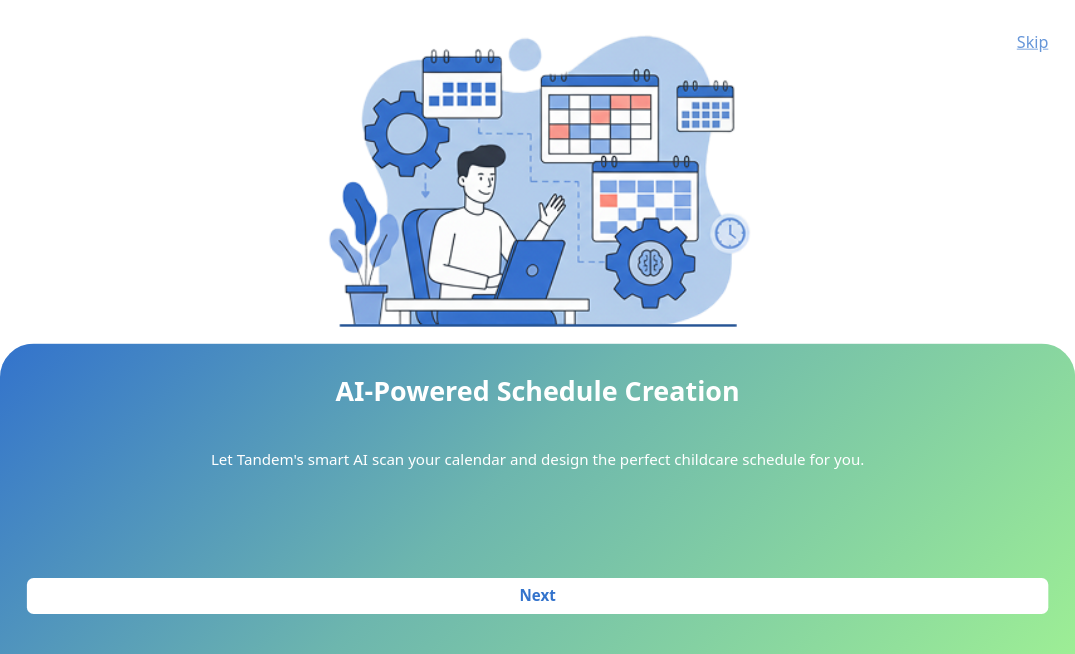
Repository: IDSP-TRADECARE/Tandem
Page: /boarding/features
These files come from the project's save history. The page is drawn as it stood at one moment and after the next save; the edit follows.
The browser window is 1280 px wide. The pictures show the whole page, at 84% of full size.
The page's requests for data from a server got no answer. Some web fonts or font styles are not loaded; a fallback is used. The project was rebuilt for these pictures with package versions that can differ from the ones it lists, and the page was loaded fresh each time. Some packages were replaced by stand-ins written for this rebuild. The framework's server and built-in components were replaced by stand-ins that run in the browser. No one was signed in, and anything a server would have sent is missing. Also part of the build but not shown: next.config.ts, src/app/components/auth/AuthGuard.tsx.

Above is the page before, as saved 2025-11-23 00:28:47.

### src/app/layout.tsx
/* eslint-disable @next/next/no-page-custom-font */
import { ClerkProvider } from '@clerk/nextjs'
import { SocketProvider } from '@/lib/socket/SocketContext'
import './globals.css'
import type { Metadata } from "next";
import { AuthWrapper } from './components/auth/AuthWrapper';


export const metadata: Metadata = {
  title: "Tandem",
  description: "Share childcare with your community",
  icons: {
    icon: 'brand/logoColor.svg',
  },
};

export default function RootLayout({
  children,
}: Readonly<{
  children: React.ReactNode;
}>) {
  return (
    <ClerkProvider>
      <html lang="en">
        <head>
          {/* Omnes Pro from Adobe Fonts */}
          <link rel="stylesheet" href="https://use.typekit.net/pku8yek.css" />

          {/* Alan Sans from Google Fonts */}
          <link rel="preconnect" href="https://fonts.googleapis.com" />
          <link rel="preconnect" href="https://fonts.gstatic.com" crossOrigin="anonymous" />
          <link href="https://fonts.googleapis.com/css2?family=Alan+Sans:wght@300..900&display=swap" rel="stylesheet" />
        </head>
        <body className="antialiased">
          <SocketProvider>
            <AuthWrapper>
              {children}
            </AuthWrapper>
          </SocketProvider>
        </body>
      </html>
    </ClerkProvider>
  )
}

### src/app/boarding/features/page.tsx
"use client";
import { useState } from "react";
import { useRouter } from "next/navigation";
import styles from "./features.module.css";

const features = [
    {
        id: 1,
        title: "AI-Powered Schedule Creation",
        description:
            "Let Tandem's smart AI scan your calendar and design the perfect childcare schedule for you.",
        imgSrc: "/boarding/Graphic-ai-powered-feature1.png",
    },
    {
        id: 2,
        title: "Seamless Nanny Booking",
        description:
            "Effortlessly discover and book reliable nannies tailored to your family's needs.",
        imgSrc: "/boarding/Seamless-nanny-booking-feature2.png",
    },
    {
        id: 3,
        title: "Intelligent Nanny Sharing",
        description:
            "Team up with nearby families to share trusted nannies, cutting costs while building lasting connections.",
        imgSrc: "/boarding/Intelligent-nanny-sharing-feature3.png",
    },
];

export default function FeaturesPage() {
    const [currentIndex, setCurrentIndex] = useState(0);
    const router = useRouter();

    const handleNext = () => {
        if (currentIndex < features.length - 1) {
            setCurrentIndex(currentIndex + 1);
        } else {
            router.push("./sign-up");
        }
    };

    const handleSkip = () => {
        router.push("./sign-up");
    };

    const handlePrevious = () => {
        if (currentIndex > 0) {
            setCurrentIndex(currentIndex - 1);
        }
    };

    const currentFeature = features[currentIndex];
    const showPrevious = currentIndex > 0;

    return (
        <div className={styles.container}>
            <button
                className={styles.skipButton}
                onClick={handleSkip}
            >
                Skip
            </button>

            <div className={styles.imageSection}>
                <div className={styles.imageContainer}>
                    <img
                        src={currentFeature.imgSrc}
                        alt={`Feature ${currentFeature.id}`}
                    />
                </div>
                <div className={styles.progressDots}>
                    {features.map((_, index) => (
                        <div
                            key={index}
                            className={`${styles.dot} ${
                                index === currentIndex ? styles.active : ""
                            }`}
                        />
                    ))}
                </div>
            </div>

            <div className={styles.contentButtons}>
                <div className={styles.content}>
                    <h1 className={styles.title}>{currentFeature.title}</h1>
                    <p className={styles.description}>
                        {currentFeature.description}
                    </p>
                </div>
                <div className={styles.navigationButtons}>
                    {showPrevious && (
                        <button
                            className={styles.previousButton}
                            onClick={handlePrevious}
                        >
                            Previous
                        </button>
                    )}
                    <button
                        className={styles.nextButton}
                        onClick={handleNext}
                    >
                        Next
                    </button>
                </div>
            </div>
        </div>
    );
}

### src/lib/socket/SocketContext.tsx
'use client';

import { createContext, useContext, useEffect, useState } from 'react';
import { io, Socket } from 'socket.io-client';
import { ClientToServerEvents, ServerToClientEvents } from './types';

type TypedSocket = Socket<ServerToClientEvents, ClientToServerEvents>;

interface SocketContextType {
  socket: TypedSocket | null;
  isConnected: boolean;
}

const SocketContext = createContext<SocketContextType>({
  socket: null,
  isConnected: false,
});

export function SocketProvider({ children }: { children: React.ReactNode }) {
  const [socket, setSocket] = useState<TypedSocket | null>(null);
  const [isConnected, setIsConnected] = useState(false);

  useEffect(() => {
    const socketUrl = process.env.NEXT_PUBLIC_SOCKET_URL || 'http://localhost:3001';

    console.log('Connecting to Socket.IO server:', socketUrl);

    const socketInstance: TypedSocket = io(socketUrl, {
      transports: ['websocket', 'polling'],
    });

    socketInstance.on('connect', () => {
      console.log('✅ Socket connected:', socketInstance.id);
      setIsConnected(true);
    });

    socketInstance.on('disconnect', () => {
      console.log('❌ Socket disconnected');
      setIsConnected(false);
    });

    socketInstance.on('connect_error', (error) => {
      console.error('Socket connection error:', error);
      setIsConnected(false);
    });

    setSocket(socketInstance);

    return () => {
      socketInstance.disconnect();
    };
  }, []);

  return (
    <SocketContext.Provider value={{ socket, isConnected }}>
      {children}
    </SocketContext.Provider>
  );
}

export const useSocket = () => useContext(SocketContext);

### src/app/globals.css
@import "tailwindcss";

@theme {
  /* Font families */
  --font-family-alan: "Alan Sans", sans-serif;
  --font-family-omnes: "omnes-pro", sans-serif;

  /* Primary Colors */
  --color-primary: #3373cc;
  --color-primary-lighter: #a3c0e8;
  --color-primary-light: #91b3e3;
  --color-primary-light-hover: #91b3e3;
  --color-primary-light-active: #7aa4de;
  --color-primary-hover: #2b62ad;
  --color-primary-active: #255495;
  --color-primary-dark: #122847;
  --color-primary-dark-hover: #0d1d33;
  --color-primary-dark-active: #060d16;

  /* Secondary Colors */
  --color-secondary: #92f189;
  --color-secondary-lighter: #cef9ca;
  --color-secondary-light: #c4f7bf;
  --color-secondary-light-hover: #c4f7bf;
  --color-secondary-light-active: #b8f6b2;
  --color-secondary-hover: #7ccd74;
  --color-secondary-active: #6bb064;
  --color-secondary-dark: #335430;
  --color-secondary-dark-hover: #253c22;
  --color-secondary-dark-active: #101b0f;

  /* Analogous Colors */
  --color-analogous: #68d5ff;
  --color-analogous-lighter: #bbecff;
  --color-analogous-light: #ade8ff;
  --color-analogous-light-hover: #ade8ff;
  --color-analogous-light-active: #9de4ff;
  --color-analogous-hover: #58b5d9;
  --color-analogous-active: #4c9bba;
  --color-analogous-dark: #244b59;
  --color-analogous-dark-hover: #1a3540;
  --color-analogous-dark-active: #0b171c;

  /* Success */
  --color-success: #95b548;

  /* Warning */
  --color-warning: #d78f26;

  /* Error */
  --color-error: #c43535;

  /* Neutral Colors */
  --color-neutral-50: #e6e6e8;
  --color-neutral-100: #b0b0b8;
  --color-neutral-200: #8a8a96;
  --color-neutral-300: #545466;
  --color-neutral-400: #333349;
  --color-neutral-500: #00001b;
  --color-neutral-600: #000019;
  --color-neutral-700: #000013;
  --color-neutral-800: #00000f;
  --color-neutral-900: #00000b;
}

@layer base {
  :root {
    /* Semantic mappings for shadcn */
    --background: 0 0% 100%;
    --foreground: var(--color-neutral-500);
    --card: 0 0% 100%;
    --card-foreground: var(--color-neutral-500);
    --popover: 0 0% 100%;
    --popover-foreground: var(--color-neutral-500);
    --primary-foreground: 0 0% 98%;
    --secondary-foreground: var(--color-neutral-500);
    --muted: var(--color-neutral-50);
    --muted-foreground: var(--color-neutral-300);
    --accent: var(--color-analogous-light);
    --accent-foreground: var(--color-neutral-500);
    --destructive: var(--color-error);
    --destructive-foreground: 0 0% 98%;
    --border: var(--color-neutral-100);
    --input: var(--color-neutral-100);
    --ring: var(--color-primary);
    --radius: 0.5rem;
    --gradient-primary: linear-gradient(135deg, #3373CC 0%, #6DB6AE 46%, #9DEE95 100%);
  }

  .dark {
    --background: var(--color-neutral-500);
    --foreground: 0 0% 98%;
    --card: var(--color-neutral-400);
    --card-foreground: 0 0% 98%;
    --popover: var(--color-neutral-400);
    --popover-foreground: 0 0% 98%;
    --primary-foreground: var(--color-neutral-500);
    --secondary-foreground: 0 0% 98%;
    --muted: var(--color-neutral-300);
    --muted-foreground: var(--color-neutral-100);
    --accent: var(--color-analogous-dark);
    --accent-foreground: 0 0% 98%;
    --destructive-foreground: 0 0% 98%;
    --border: var(--color-neutral-300);
    --input: var(--color-neutral-300);
    --ring: var(--color-primary-light);
    --gradient-primary: linear-gradient(135deg, #3373CC 0%, #6DB6AE 46%, #9DEE95 100%);
  }

  /* Font utilities */
  .font-alan {
    font-family: var(--font-family-alan);
    font-optical-sizing: auto;
  }

  .font-omnes {
    font-family: var(--font-family-omnes);
  }
}

/* FullCalendar Custom Styles */
.fullcalendar-container {
  font-family: inherit;
}

.fc {
  font-size: 14px;
}

.fc .fc-toolbar-title {
  font-size: 1.5rem;
  font-weight: 700;
  color: var(--color-primary);
}

.fc .fc-button {
  background-color: var(--color-primary);
  border-color: var(--color-primary);
  color: white;
  border-radius: 8px;
  padding: 6px 12px;
  font-weight: 600;
}

.fc .fc-button:hover {
  background-color: var(--color-primary-hover);
  border-color: var(--color-primary-hover);
}

.fc .fc-button-active {
  background-color: var(--color-primary-dark);
  border-color: var(--color-primary-dark);
}

.fc .fc-col-header-cell {
  background-color: var(--color-neutral-50);
  padding: 12px;
  font-weight: 600;
  color: var(--color-primary);
}

.fc .fc-daygrid-day-number {
  font-weight: 600;
  color: var(--color-primary);
  padding: 8px;
}

.fc .fc-daygrid-day.fc-day-today {
  background-color: var(--color-primary-lighter) !important;
}

.fc .fc-event {
  border-radius: 6px;
  padding: 4px 6px;
  font-size: 12px;
  font-weight: 600;
  cursor: pointer;
}

.fc .fc-timegrid-event {
  border-radius: 6px;
  padding: 4px;
}

.fc .fc-timegrid-slot {
  height: 3em;
}

.fc .fc-scrollgrid {
  border-color: var(--neutral-100) !important;
}

@layer utilities {
  .bg-gradient-primary {
    background: var(--gradient-primary);
  }
}

### src/app/components/auth/AuthWrapper.tsx
'use client';

import { usePathname } from 'next/navigation';
import { AuthGuard } from './AuthGuard';

export function AuthWrapper({ children }: { children: React.ReactNode }) {
  const pathname = usePathname();

  // Routes that don't require authentication
  const publicRoutes = ['/boarding/features', '/sign-in', '/sign-up'];
  const isPublicRoute = pathname === '/' || publicRoutes.some(route => pathname?.startsWith(route));

  if (isPublicRoute) {
    return <>{children}</>;
  }

  return <AuthGuard>{children}</AuthGuard>;
}

### src/app/boarding/features/features.module.css
.container {
    min-height: 100vh;
    display: flex;
    flex-direction: column;
    background: #fff;
}

.skipButton {
    position: absolute;
    top: 1.75rem;
    right: 1rem;
    background: none;
    border: none;
    color: var(--color-primary);
    font-size: 1.2rem;
    cursor: pointer;
    z-index: 10;
    padding: 0.5rem 1rem;
    text-decoration: underline;
    opacity: 0.75;
}

.imageSection {
    flex: 1;
    display: flex;
    flex-direction: column;
    align-items: center;
    justify-content: center;
    background: #fff;
    padding: 1rem 0;
    position: relative;
    overflow: hidden;
}

.imageContainer {
    flex: 1;
    display: flex;
    align-items: center;
    justify-content: center;
    width: 100%;
    padding: 0 1rem;
}

.imageContainer img {
    width: 100%;
    max-width: 500px;
    min-width: 350px;
    height: auto;
    object-fit: contain;
    transform: scale(1.2);
}

.progressDots {
    display: flex;
    gap: 0.5rem;
    justify-content: center;
    padding: 1rem 0;
}

.dot {
    width: 1.5rem;
    height: 0.375rem;
    border-radius: 0.25rem;
    background-color: var(--color-primary-lighter);
    transition: all 0.5s;
}

.dot.active {
    background: var(--color-primary);
    width: 3rem;
}

.contentButtons {
    background: var(--gradient-primary);
    border-top-left-radius: 2.5rem;
    border-top-right-radius: 2.5rem;
    padding: 2rem;
    width: 100%;
    display: flex;
    flex-direction: column;
    gap: 8rem;
}

.content {
    display: flex;
    flex-direction: column;
    align-items: center;
    text-align: center;
}

.title {
    font-size: 2rem;
    font-weight: bold;
    color: #fff;
    margin-bottom: 2.75rem;
}

.description {
    font-size: 1.125rem;
    color: #fff;
    margin-bottom: 0;
}

.navigationButtons {
    display: flex;
    gap: 1rem;
    width: 100%;
    margin-bottom: 1rem;
}

.previousButton {
    flex: 1;
    padding: 0.5rem;
    background: rgba(255, 255, 255, 0.2);
    color: #fff;
    border: 1px solid #fff;
    border-radius: 0.5rem;
    font-size: 1.125rem;
    font-weight: bold;
    cursor: pointer;
    transition: all 0.3s;
}

.previousButton:hover {
    background: rgba(255, 255, 255, 0.3);
}

.previousButton:active {
    opacity: 0.8;
}

.nextButton {
    flex: 1;
    padding: 0.5rem;
    background: #fff;
    color: var(--color-primary);
    border: none;
    border-radius: 0.5rem;
    font-size: 1.125rem;
    font-weight: bold;
    cursor: pointer;
    transition: opacity 0.3s;
}

.nextButton:hover {
    opacity: 0.9;
}

.nextButton:active {
    opacity: 0.8;
}

After the next save:
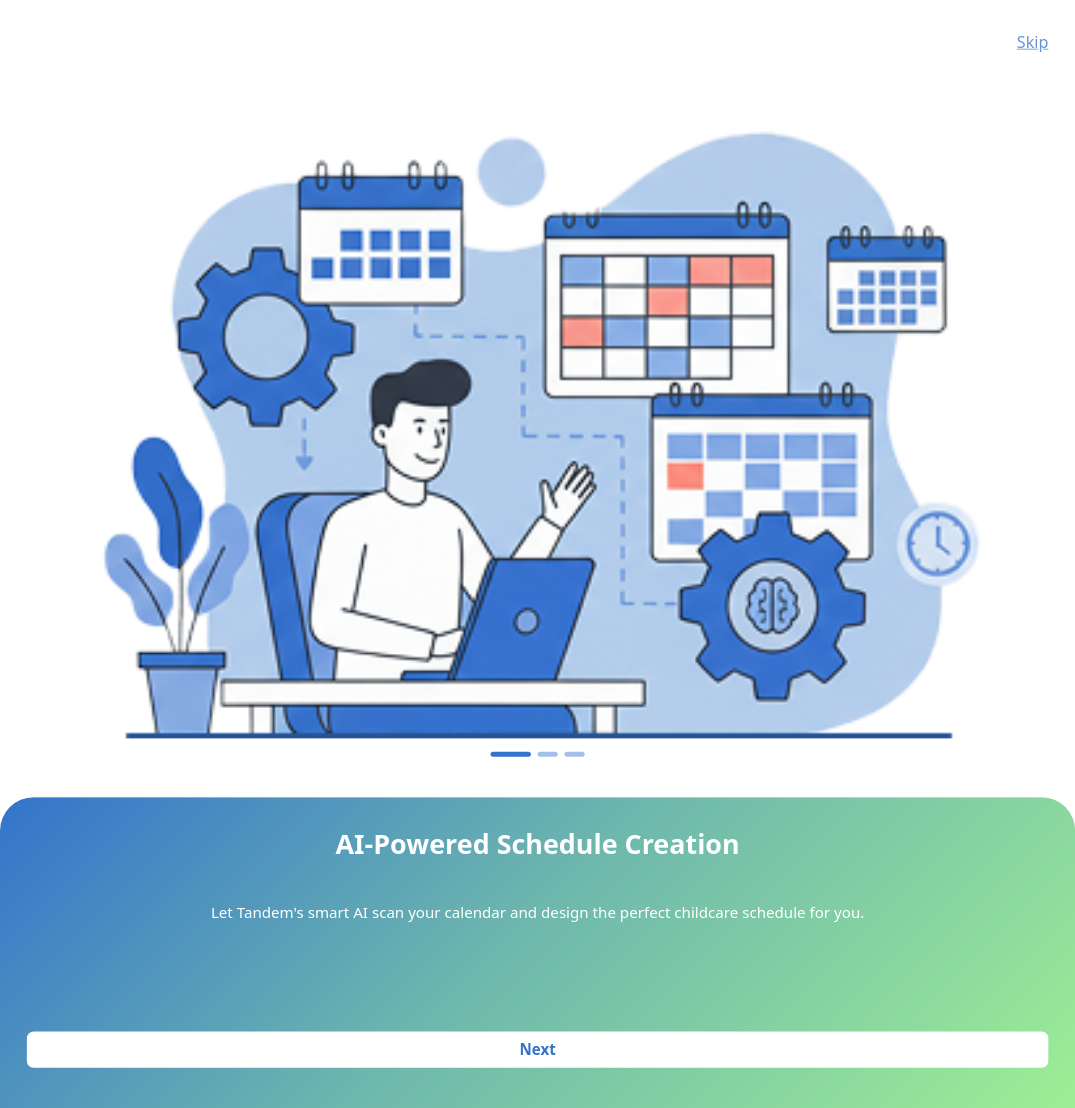
Saved 5 s later.
--- a/src/app/boarding/features/features.module.css
+++ b/src/app/boarding/features/features.module.css
@@ -27,7 +27,7 @@
     align-items: center;
     justify-content: center;
     background: #fff;
-    padding: 1rem 0;
+    padding: 2rem 0;
     position: relative;
     overflow: hidden;
 }
@@ -42,12 +42,10 @@
 }
 
 .imageContainer img {
-    width: 100%;
-    max-width: 500px;
-    min-width: 350px;
+    width: 120%;
+    max-width: none;
     height: auto;
     object-fit: contain;
-    transform: scale(1.2);
 }
 
 .progressDots {
